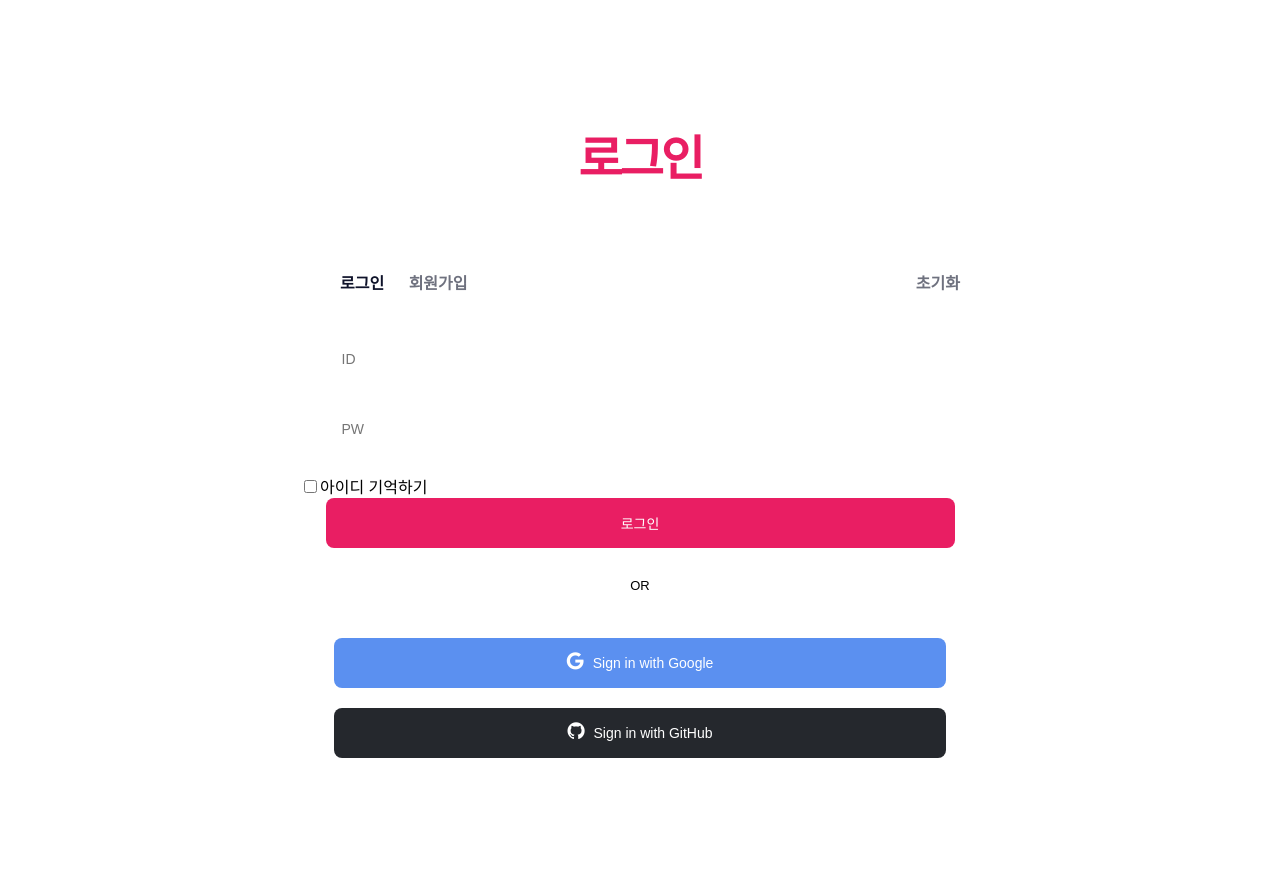
Repository: min7385/2025_moaLook_project
Page: http://localhost/moaLook/WEB-INF/views/member/registView.jsp
The author's editor kept a copy of each file at every save. The page is drawn from the files as they stood at one save, then again after the next save.
The browser window is 1280 px wide. The pictures show the whole page.
The page is served by Tomcat 9. Nobody is signed in. Other server files are loaded and not shown. The template is opened directly, without the code that normally fills it, so the values that code supplies are empty.

Above is the page before, as saved 2025-04-11 08:06:40.

### moaLook/src/main/webapp/WEB-INF/views/member/registView.jsp
<%--
/**
 * <pre>
 * 1. 프로젝트명 : moa Look
 * 2. 작성일 : 2025. 4. 8. 오후 12:52:07
 * 3. 작성자 : Kmh
 * 4. 화면ID :
 * 5. 화면명 : 회원가입 화면
 * 6. 설명 : 회원가입 화면
 * </pre>
 */
--%>
<%@ taglib uri="http://java.sun.com/jsp/jstl/core" prefix="c" %>
<%@ page language="java" contentType="text/html; charset=UTF-8" pageEncoding="UTF-8"%>
<!DOCTYPE html>
<html>
<head>
	<meta charset="UTF-8">
	<title>회원가입</title>

	<script src="https://code.jquery.com/jquery-3.6.0.min.js"></script>
	<!-- 정적 리소스 연결 (CSS 등) -->
 	<link rel="stylesheet" href="${pageContext.request.contextPath}/resources/css/registView.css">
  	<link rel="stylesheet" href="https://cdnjs.cloudflare.com/ajax/libs/font-awesome/4.7.0/css/font-awesome.min.css">

</head>
<body>
	<div class="container">
		<!-- Heading -->
		<h1>로그인</h1>

		<!-- Links -->
		<ul class="links">
			<li><a href="#" id="signin">로그인</a></li>
			<li><a href="#" id="signup">회원가입</a></li>
			<li><a href="#" id="reset">초기화</a></li>
		</ul>

		<!-- Form -->
		<form action="${pageContext.request.contextPath}/loginDo" method="post">
			<!-- id input -->
			<div class="first-input input__block first-input__block">
				<input type="text" placeholder="ID" class="input" id="id" name="memId" required value="${cookie.rememberId.value}" />
			</div>
			<!-- password input -->
			<div class="input__block">
				<input type="password" placeholder="PW" class="input" id="pw" name="memPw" required />
			</div>
			<!-- repeat password input -->
			<div class="input__block">
				<input type="text" placeholder="닉네임" class="input" id="name" name="name" style="display: none; opacity: 0;" />
			</div>
			<!-- password remember checkbox -->
			<div class="form-floating mb-3">
				<input class="form-check-input" id="remember" name="remember" type="checkbox"${cookie.rememberId.value == null? "" : "checked"} />아이디 기억하기
			</div>
			<!-- sign in button -->
			<div>
				<button type="submit" class="signin__btn">로그인</button>
			</div>
		</form>

		<!-- separator -->
		<div class="separator">
			<p>OR</p>
		</div>

		<!-- social buttons -->
		<button class="google__btn">
			<i class="fa fa-google"></i>
			Sign in with Google
		</button>
		<button class="github__btn">
			<i class="fa fa-github"></i>
			Sign in with GitHub
		</button>
	</div>

	<!-- JS 파일 -->
	<script src="${pageContext.request.contextPath}/resources/js/registView.js"></script>

</body>
</html>

### moaLook/src/main/webapp/resources/css/registView.css
@charset "UTF-8";
body{
  font-family: 'Montserrat', sans-serif;
  background:white;
}

.container{
  display:block;
  max-width:680px;
  width:80%;
  margin:120px auto;
}

h1{
  color:#e91e63;
  font-size:48px;
  letter-spacing:-3px;
  text-align:center;
  margin:120px 0 80px 0 ;
  transition:.2s linear;
}

.links{
  list-style-type:none;
  li{
     display:inline-block;
     margin:0 20px 0 0;
     transition:.2s linear;
     &:nth-child(2){
        opacity : .6;
        &:hover{
           opacity : 1;
        }
     }
     &:nth-child(3){
        opacity : .6;
        float:right;
         &:hover{
           opacity : 1;
         }
     }
     a{
        text-decoration:none;
        color:#0f132a;
        font-weight:bolder;
        text-align:center;
        cursor : pointer;
     }
   }
}


form{
  width:100%;
  max-width:680px;
  margin:40px auto 10px;
  .input__block{
     margin:20px auto;
     display:block;
     position:relative;
     &.first-input__block{
        &::before{
          content:"";
          position:absolute;
          top:-15px;
          left:50px;
          display:block;
          width:0;
          height:0;
        background:transparent;
          border-left:15px solid transparent;
          border-right:15px solid transparent;
          border-bottom:15px solid rgba(#0f132a,.1);
          transition:.2s linear;
        }
     }
     &.signup-input__block{
      &::before{
        content:"";
        position:absolute;
        top:-15px;
        left:150px;
        display:block;
        width:0;
        height:0;
        background:transparent;
        border-left:15px solid transparent;
        border-right:15px solid transparent;
        border-bottom:15px solid rgba(#0f132a,.1);
        transition:.2s linear;
        }
     }
     input{
        display:block;
        width:90%;
        max-width:680px;
        height:50px;
        margin:0 auto;
        border-radius:8px;
        border:none;
        background: rgba(#0f132a,.1);
        color : rgba(#0f132a,.3);
        padding:0 0 0 15px;
        font-size:14px;
        font-family: 'Montserrat', sans-serif;
        &:focus,
        &:active{
          outline:none;
          border:none;
          color : rgba(#0f132a,1);
        }
       &.repeat__password{
         opacity : 0;
         display : none;
         transition:.2s linear;
       }
     }
  }

  .signin__btn{
     background:#e91e63;
     color:white;
     display:block;
     width:92.5%;
     max-width:680px;
     height:50px;
     border-radius:8px;
     margin:0 auto;
     border:none;
     cursor:pointer;
     font-size:14px;
     font-family: 'Montserrat', sans-serif;
     box-shadow:0 15px 30px rgba(#e91e63,.36);
    transition:.2s linear;
    &:hover{
      box-shadow:0 0 0 rgba(#e91e63,.0);
    }
  }
}

.separator{
  display:block;
  margin:30px auto 10px;
  text-align:center;
  height:40px;
  position:relative;
  background:transparent;
  color: rgba(#0f132a,.4);
  font-size:13px;
  width:90%;
  max-width:680px;
  &::before{
    content:"";
    position:absolute;
    top:8px;
    left:0;
    background: rgba(#0f132a,.2);
    height:1px;
    width:45%;
  }
  &::after{
    content:"";
    position:absolute;
    top:8px;
    right:0;
    background: rgba(#0f132a,.2);
    height:1px;
    width:45%;
  }
}

.google__btn,
.github__btn{
   display:block;
   width:90%;
   max-width:680px;
   margin:20px auto;
   height:50px;
   cursor:pointer;
   font-size:14px;
   font-family: 'Montserrat', sans-serif;
   border-radius:8px;
   border:none;
   line-height:40px;
   &.google__btn{
      background:#5b90f0;
      color:white;
      box-shadow:0 15px 30px rgba(#5b90f0,.36);
      transition:.2s linear;
      .fa{
          font-size:20px;
          padding:0 5px 0 0 ;
      }
     &:hover{
       box-shadow:0 0 0 rgba(#5b90f0,.0);
     }
   }
   &.github__btn{
      background:#25282d;
      color:white;
      box-shadow:0 15px 30px rgba(#25282d,.36);
      transition:.2s linear;
      .fa{
          font-size:20px;
          padding:0 5px 0 0 ;
      }
     &:hover{
       box-shadow:0 0 0 rgba(#25282d,.0);
     }
   }
}

footer{
  p{
    text-align:center;
    .fa{
      color: #e91e63;
    }
    a{
      text-decoration:none;
      font-size:17px;
      margin:0 5px;
      .fa-facebook{
         color:#3b5998;
      }
      .fa-twitter{
         color:#1da1f2;
      }
      .fa-instagram{
        color:#f77737;
      }
      .fa-linkedin{
        color:#0077b5;
      }
      .fa-behance{
        color:#1769ff;
      }
    }

  }
}

Loaded but not shown: moaLook/src/main/webapp/resources/js/registView.js (no copy from this time; the picture is the same without it)

After the next save:
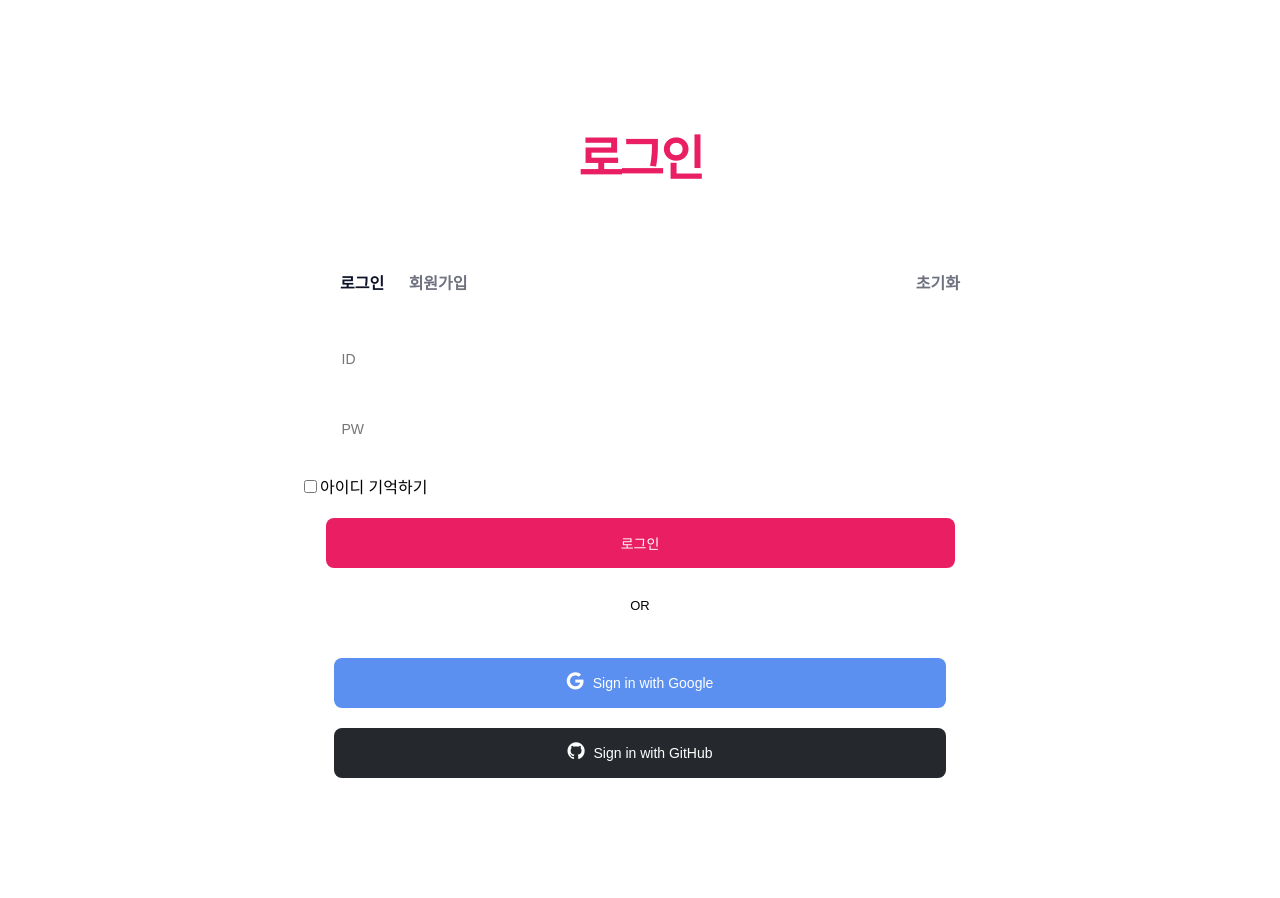
Saved 27 s later.
--- a/moaLook/src/main/webapp/WEB-INF/views/member/registView.jsp
+++ b/moaLook/src/main/webapp/WEB-INF/views/member/registView.jsp
@@ -55,7 +55,7 @@
 				<input class="form-check-input" id="remember" name="remember" type="checkbox"${cookie.rememberId.value == null? "" : "checked"} />아이디 기억하기
 			</div>
 			<!-- sign in button -->
-			<div>
+			<div class="input__block">
 				<button type="submit" class="signin__btn">로그인</button>
 			</div>
 		</form>
